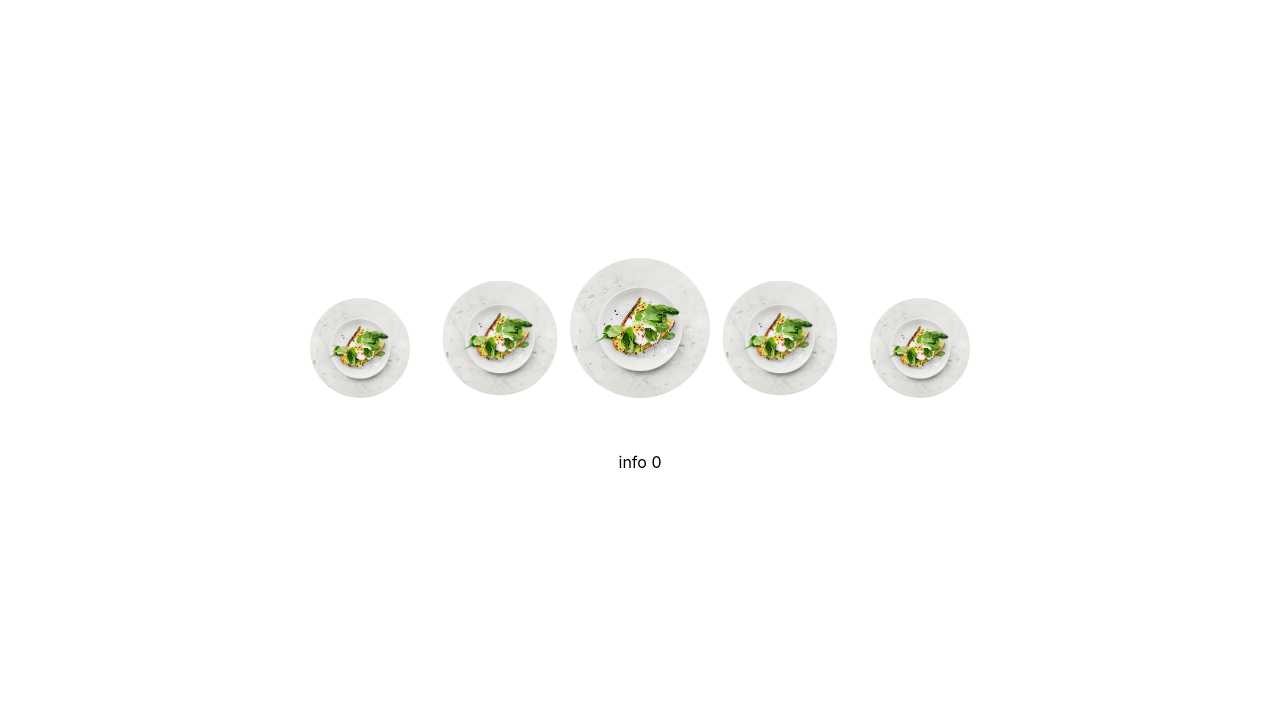
Repository: nambui98/slider
Page: /
The author's editor kept a copy of each file at every save. The page is drawn from the files as they stood at one save, then again after the next save.
The browser window is 1280 px wide. The pictures show the whole page.
The project was rebuilt for these pictures with package versions that can differ from the ones it lists, and the page was loaded fresh each time. Also part of the build but not shown: vite.config.ts.

Above is the page before, as saved 2022-04-12 10:57:59.

### src/App.tsx
import { useState } from 'react'
import Horizolsider from './components/horizolslider/Horizolsider'
import logo from './logo.svg'
import './App.css'
import "slick-carousel/slick/slick.css";
import "slick-carousel/slick/slick-theme.css";
function App() {
  const [count, setCount] = useState(0)

  return (
    <div className="App">
      <Horizolsider />
    </div>
  )
}

export default App

### src/components/horizolslider/Horizolsider.tsx
import React, { useEffect, useRef, useState } from 'react'
import styled from 'styled-components'
import Slider from "react-slick";
import image1 from '../../assets/images/pexels-daria-shevtsova-1095550.jpg'

type Props = {}

const Wrapper = styled.div`
    width: 700px;

`
const Item = styled.div`
    height: 150px;
    margin-top: 50px;
    transition: all .3s;

    img{
        object-fit: cover;
        margin: 0 auto;
        /* width: 100px;
        height: 100px; */
        width: 100px;
        height: 100px;
        border-radius: 50%;
        transition: all .3s;
    }
    &.active{
        /* width: 150px;
        height: 100px; */
        /* height: 200px; */
        margin-top: 30px;
        img{

            /* width: 100%; */
            transform: scale(1.4)
        }
        .info{
            visibility: visible;
        }
    }
    &.near{
        /* width: 150px;
        height: 100px; */
        /* height: 200px; */
        margin-top: 40px;
        img{

            /* width: 100%; */
            transform: scale(1.15)
        }


    }
`
const Horizolsider = (props: Props) => {
    const [activeIndex, setActiveIndex] = useState<number>(0);
    const settings = {
        className: "listItem",
        dots: false,
        infinite: true,
        speed: 500,
        slidesToShow: 5,
        slidesToScroll: 1,
        centerMode: true,
        focusOnSelect: true,
        centerPadding: '0px',
        // adaptiveHeight: true,
        beforeChange: (current: any, next: any) => {
            setActiveIndex(next)

        },
    };

    return (
        <div style={{ display: "flex", height: "100vh", flexDirection: "column", justifyContent: "center", alignItems: "center" }}>
            <Wrapper>
                <Slider {...settings}>
                    {
                        [...Array(10).keys()].map((i, index) =>
                            <Item className={`${index === activeIndex ? "active" : (activeIndex - index) === 1 || (index - activeIndex) === 1 || (index - activeIndex) === 9 || (index - activeIndex) === -9 ? "near" : ""}`}>
                                <img src={image1} alt="" />

                            </Item>
                        )
                    }
                </Slider>
            </Wrapper>
            <div className="info">info {activeIndex}
            </div>
        </div>
    )
}
export default Horizolsider

### src/App.css
*{
  padding: 0;
  margin: 0;
  box-sizing: border-box;
}
.listItem{

}

Loaded but not shown: index.html (common file); src/main.tsx (common file); src/index.css (common file)

After the next save:
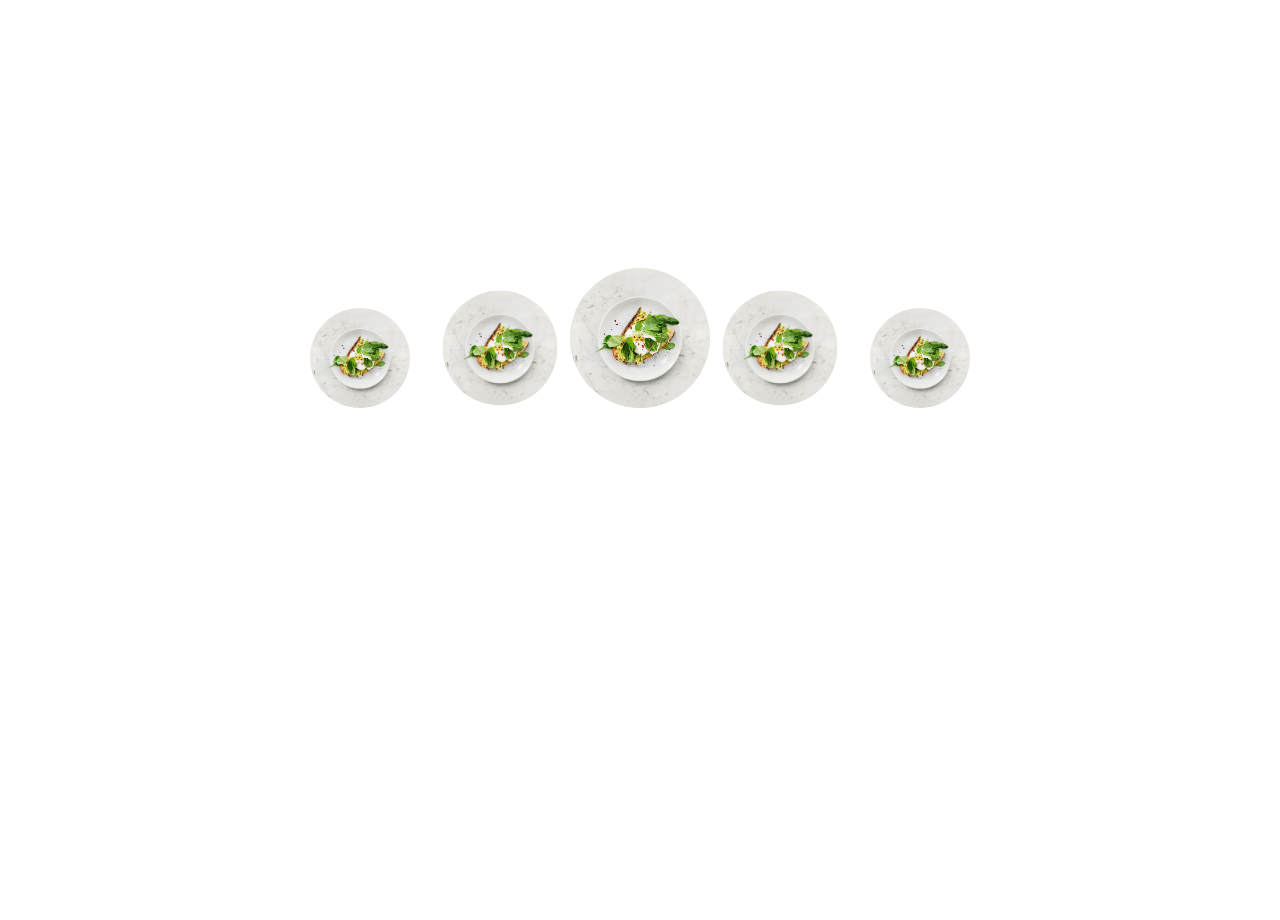
Saved 3 s later.
--- a/src/App.css
+++ b/src/App.css
@@ -3,6 +3,12 @@
   margin: 0;
   box-sizing: border-box;
 }
-.listItem{
-
-}
+.info{
+        visibility: hidden;
+        width: 100%;
+        border: 1px solid #252525;
+        height: 200px;
+        position: absolute;
+        z-index: 1000;
+        top: 100%;
+    }
